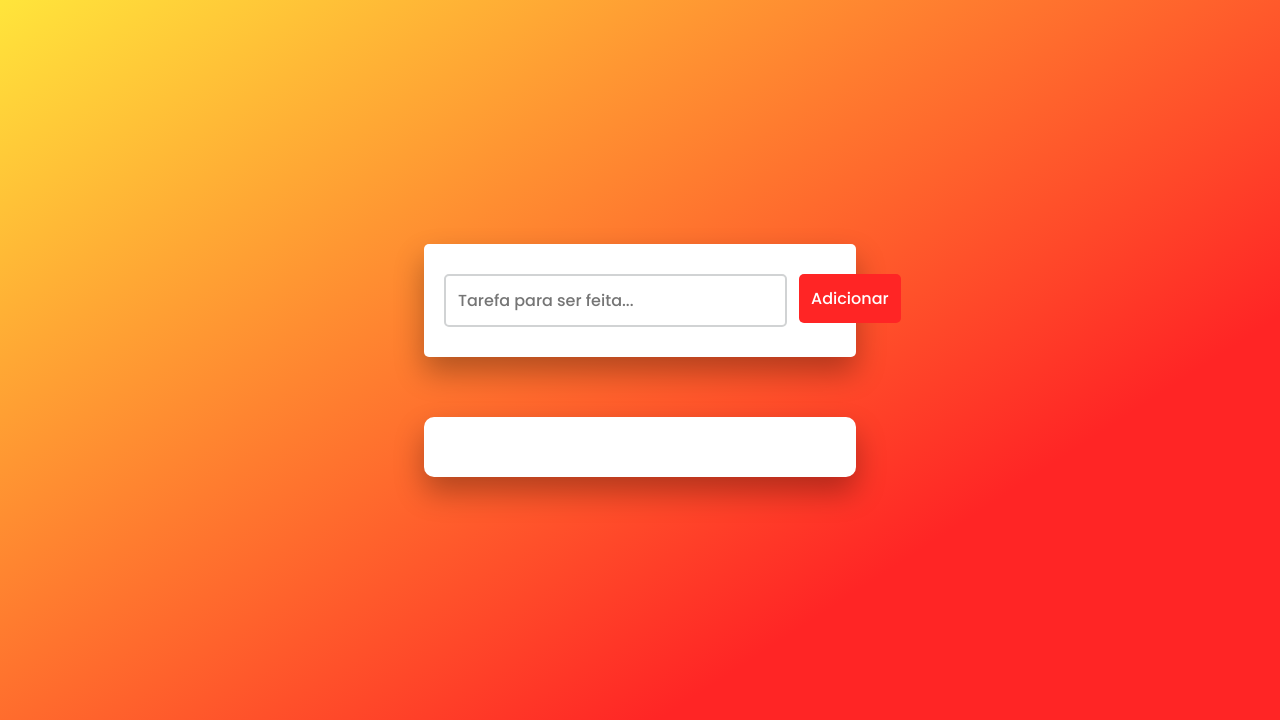
Repository: PetersonAntonyDev/python-flask-
Page: index.html
The author's editor kept a copy of each file at every save. The page is drawn from the files as they stood at one save, then again after the next save.
The browser window is 1280 px wide. The pictures show the whole page.
Some web libraries are served in a nearby version.

Above is the page before, as saved 2022-07-26 13:53:13.

After the next save:
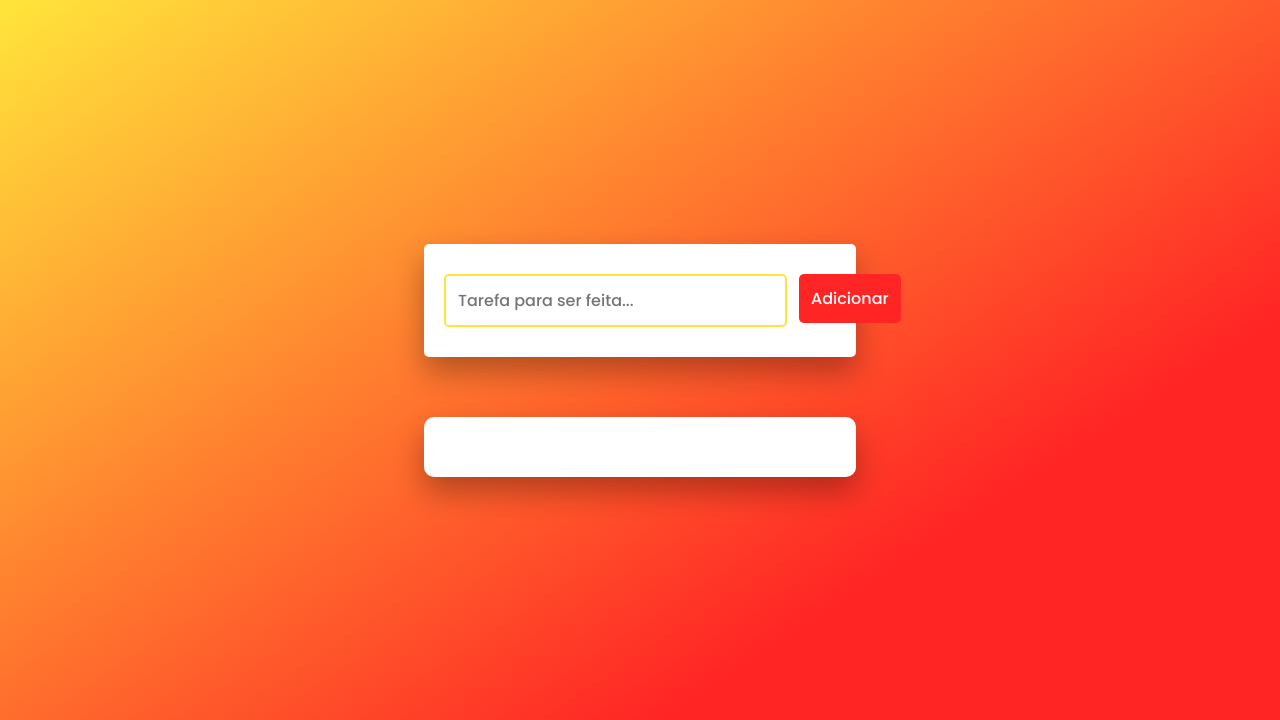
Saved 12 s later.
--- a/style.css
+++ b/style.css
@@ -32,7 +32,7 @@
   .new-task-container input {
     flex: 3;
     font-size: 1rem;
-    border: 2px solid #d1d3d4;
+    border: 2px solid #FFE53B;
     border-radius: 5px;
     padding: 12px;
     font-weight: 500;
